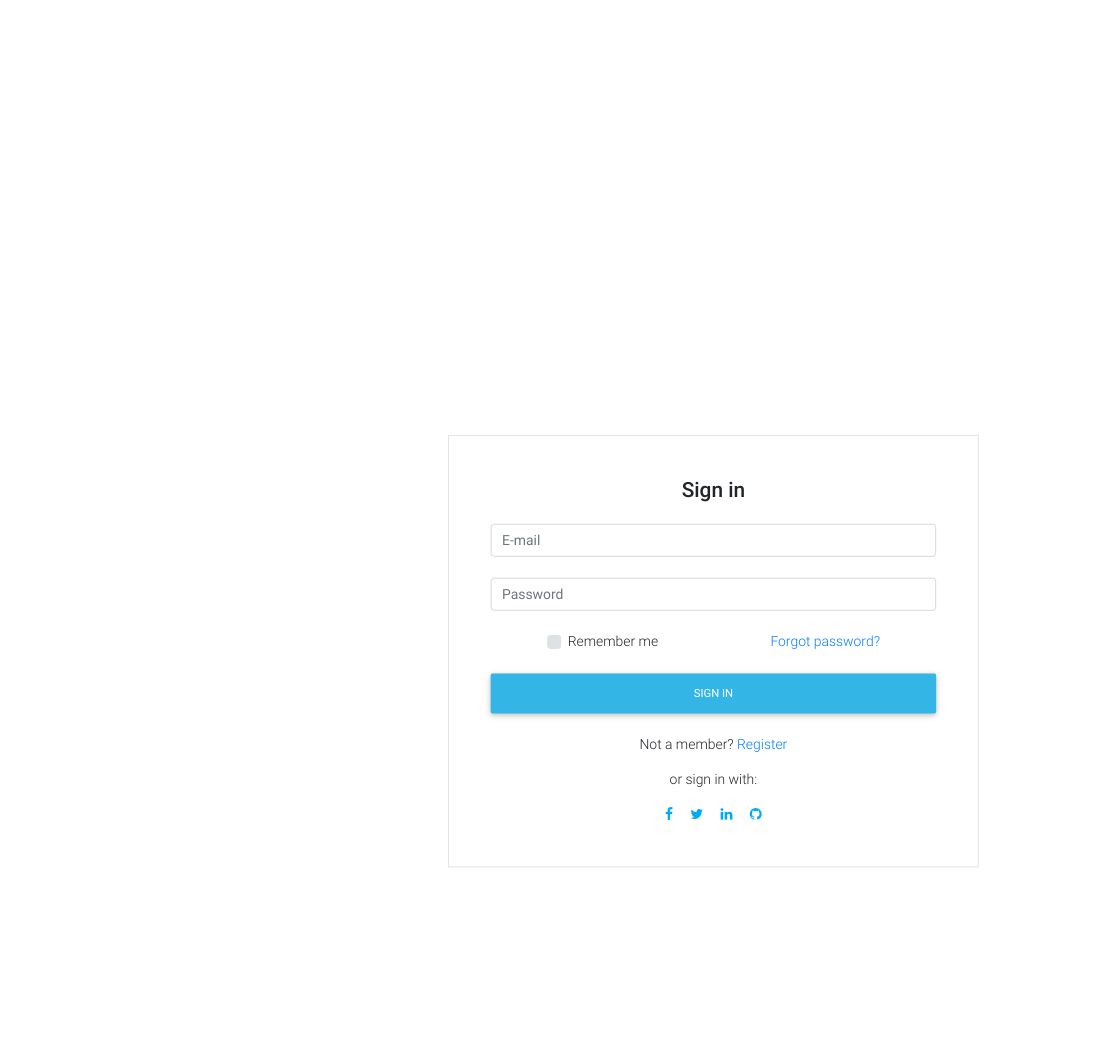
Repository: KJSCEhack/KJSCE_Vanquishers
Page: login_page.html
An editor plug-in stored every save of this project. The page is shown before and after the next save, followed by the edit.
The browser window is 1280 px wide. The pictures show the whole page, at 87% of full size.

Above is the page before, as saved 2018-10-06 04:05:40.

After the next save:
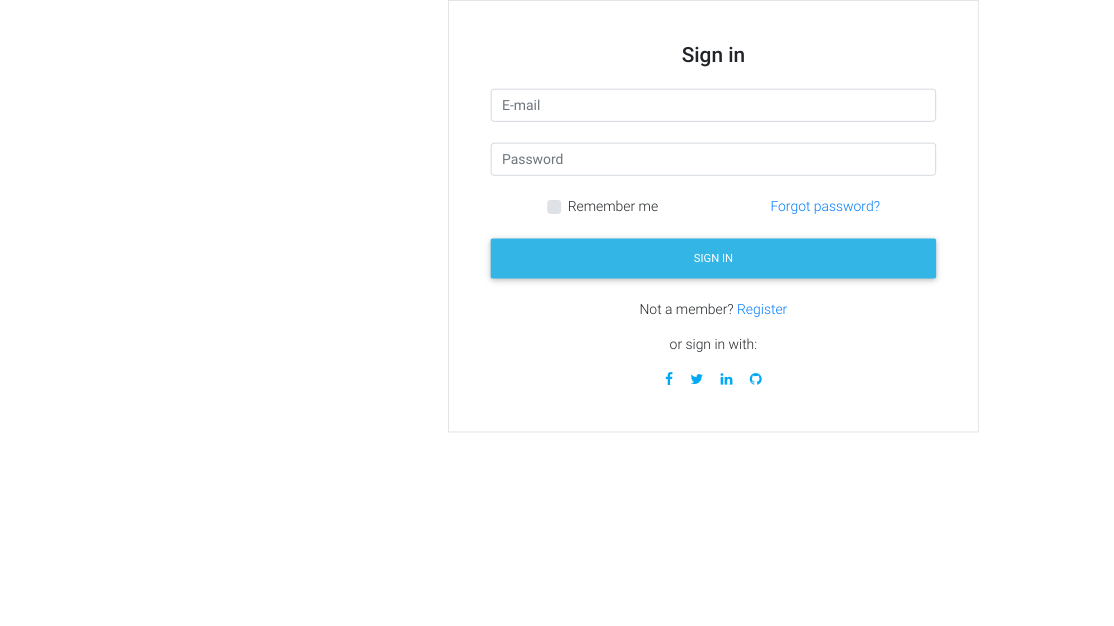
Saved 21 s later.
--- a/login_page.html
+++ b/login_page.html
@@ -13,7 +13,7 @@
     <link href="css/style.min.css" rel="stylesheet">
 </head>
 <body>
-    <div class="col-md-6" style="margin:500px";>
+    <div class="col-md-6" style="margin-left:500px";>
     <!-- Default form login -->
 <form class="text-center border border-light p-5">
 
